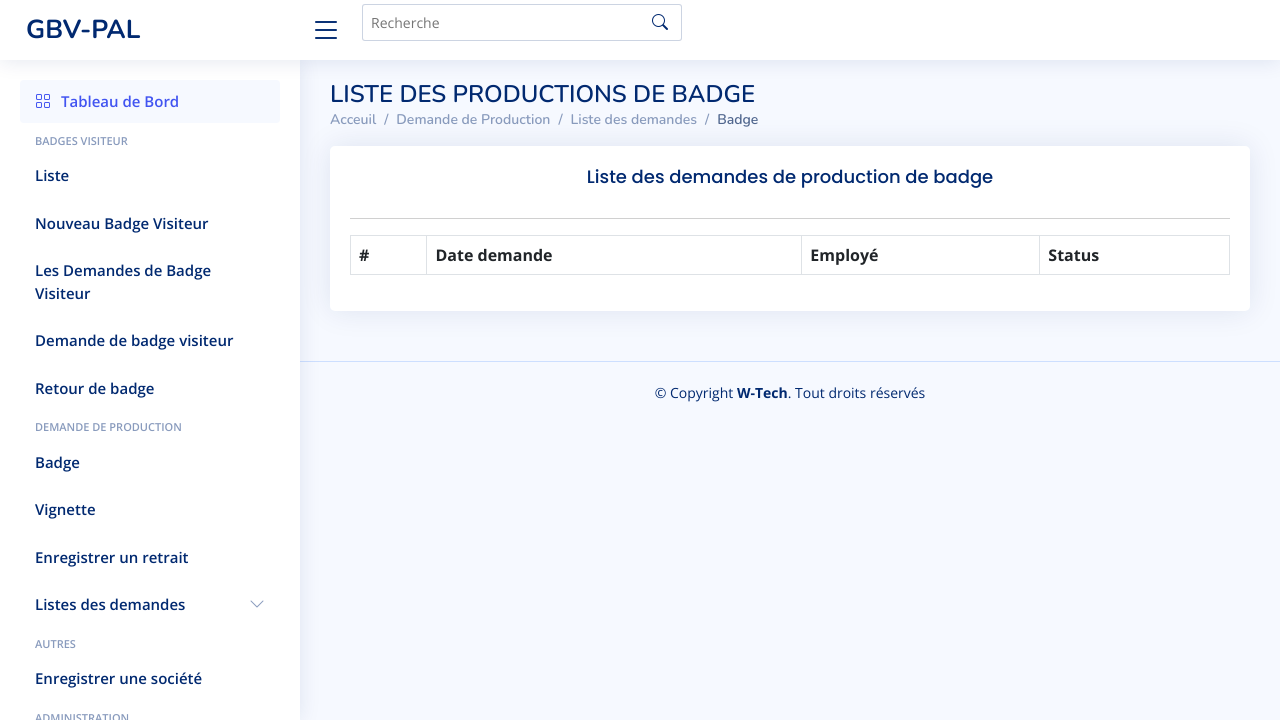
Repository: sh4dow28/gbv-pal-web
Page: http://localhost/productions/badge/requests
An editor plug-in stored every save of this project. The page is shown before and after the next save, followed by the edit.
The browser window is 1280 px wide. The pictures show the whole page.
The page is served by the project's Laravel application, run on PHP 8.4 with Laravel 9. Queries for data that is not in the repository find no rows.

Above is the page before, as saved 2023-02-12 17:48:28.
Console error: TypeError: $(...).DataTable is not a function

After the next save:
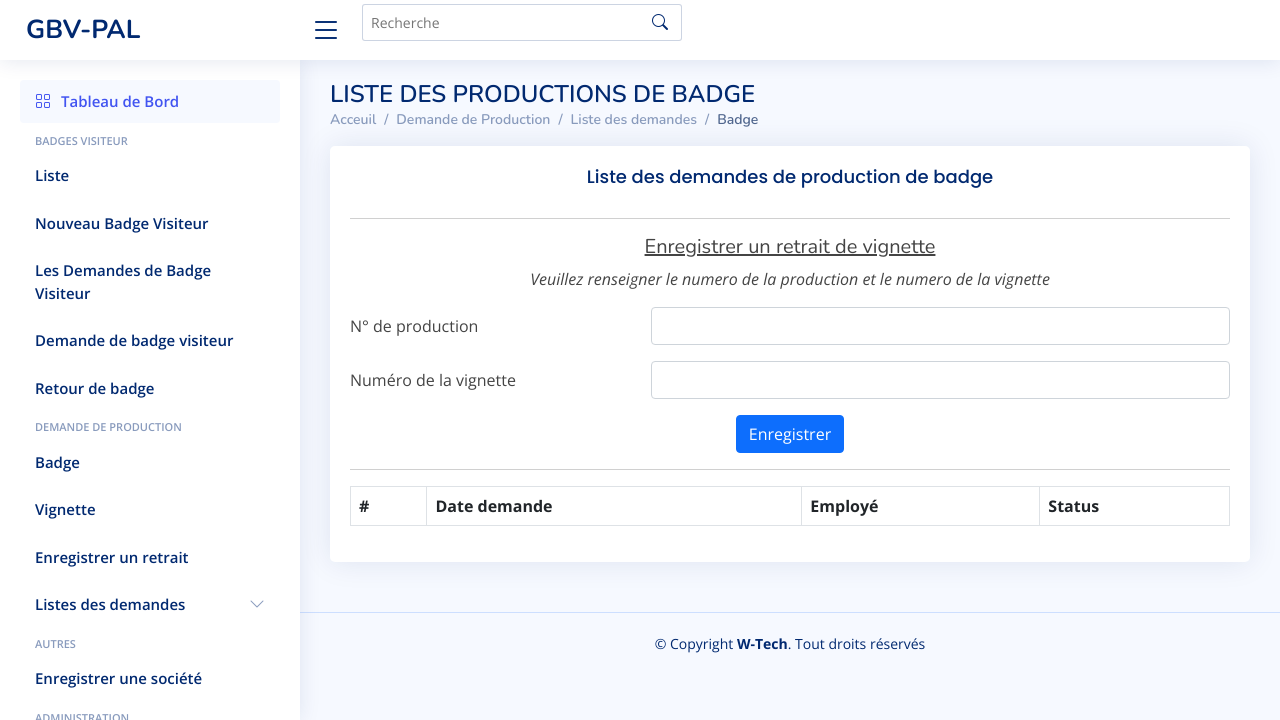
Saved 87 s later.
--- a/resources/views/pages/productions-badges.blade.php
+++ b/resources/views/pages/productions-badges.blade.php
@@ -26,29 +26,57 @@
                 <div class="col-lg-12">
 
                     <div class="card">
+                        @if ($errors->any())
+                            <div class="card-header text-center">
+                                <div class="alert alert-danger">
+                                    <ul>
+                                        @foreach ($errors->all() as $error)
+                                            <li>{{ $error }}</li>
+                                        @endforeach
+                                    </ul>
+                                </div>
+                            </div>
+                            <hr>
+                        @endif
+                        @if (session()->has('message'))
+                            <div class="card-header text-center">
+                                <div class="alert alert-success">
+                                    {{ session()->get('message') }}
+                                </div>
+                            </div>
+                            <hr>
+                        @endif
                         <div class="card-body">
                             <h5 class="card-title text-center">Liste des demandes de production de badge</h5>
                             <hr />
-                            @if ($errors->any())
-                                <div class="card-header text-center">
-                                    <div class="alert alert-danger">
-                                        <ul>
-                                            @foreach ($errors->all() as $error)
-                                                <li>{{ $error }}</li>
-                                            @endforeach
-                                        </ul>
+                            <h5 class="text-center text-decoration-underline">Enregistrer un retrait de vignette</h5>
+                            <p class="text-center">
+                                <i>Veuillez renseigner le numero de la production et le numero de la vignette</i>
+                            </p>
+                            <form method="POST" action=" {{ route('vignette.retrait') }} ">
+                                @csrf
+                                <div class="row mb-3">
+                                    <label for="idProd" class="col-sm-4 col-form-label">
+                                        N° de production
+                                    </label>
+                                    <div class="col-sm-8">
+                                        <input type="text" name="idProd" class="form-control" id="idProd">
                                     </div>
                                 </div>
-                                <hr>
-                            @endif
-                            @if (session()->has('message'))
-                                <div class="card-header text-center">
-                                    <div class="alert alert-success">
-                                        {{ session()->get('message') }}
+                                <div class="row mb-3">
+                                    <label for="noVignette" class="col-sm-4 col-form-label">
+                                        Numéro de la vignette
+                                    </label>
+                                    <div class="col-sm-8">
+                                        <input type="text" name="noVignette" class="form-control text-uppercase"
+                                            id="noVignette">
                                     </div>
                                 </div>
-                                <hr>
-                            @endif
+                                <div class="text-center">
+                                    <button type="submit" class="btn btn-primary">Enregistrer</button>
+                                </div>
+                            </form>
+                            <hr>
                             <!-- Default Table -->
                             <table id="vbadge-list-table" class="table table-bordered table-hover">
                                 <thead>
